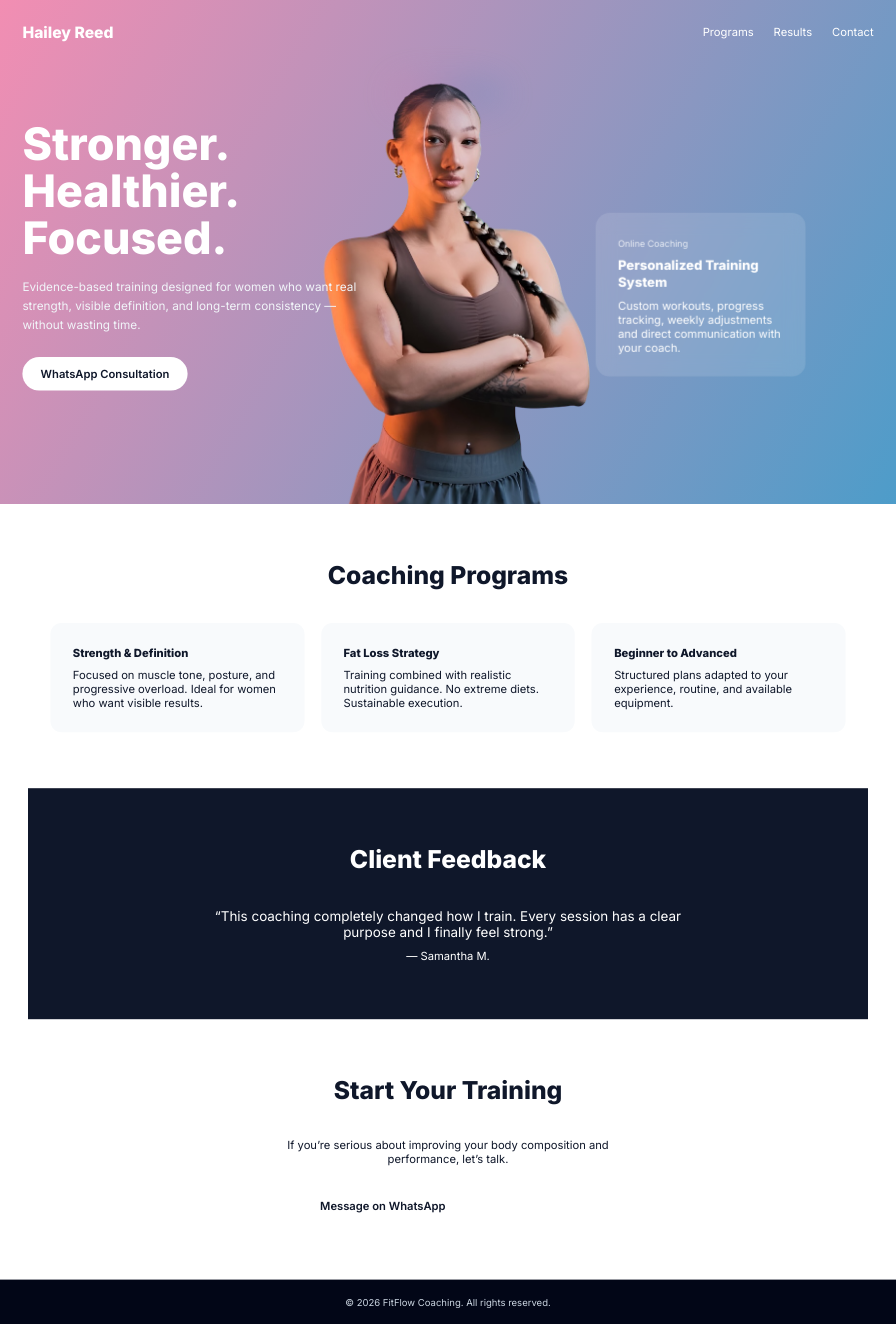
Repository: davidfsillva/Hailey-Reed-Coaching
Page: index.html
The author's editor kept a copy of each file at every save. The page is drawn from the files as they stood at one save, then again after a run of saves.
The browser window is 1280 px wide. The pictures show the whole page, at 70% of full size.

Above is the page before, as saved 2026-02-11 17:49:36.

After the next 2 saves:
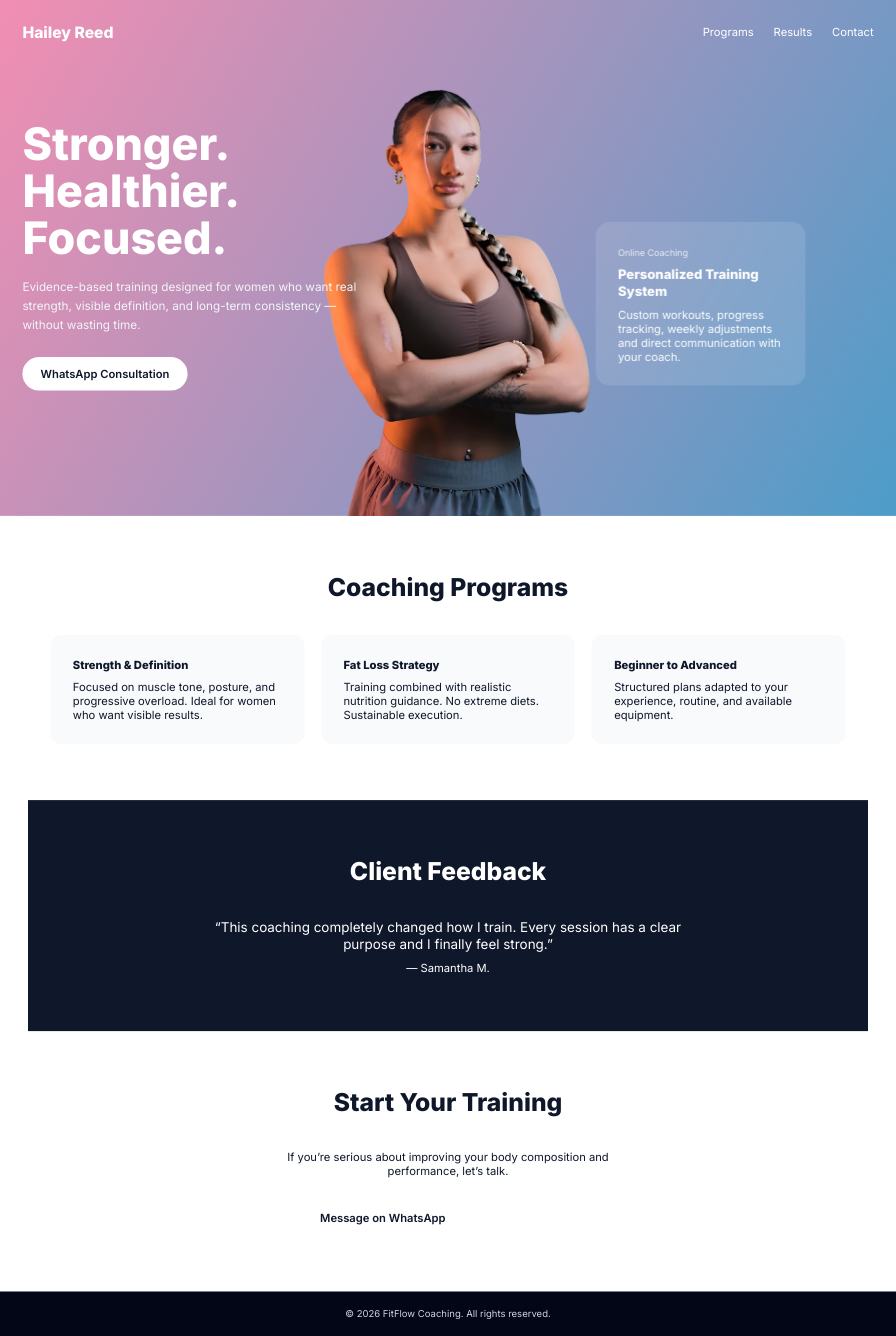
The 2 saves are shown as one change because they came seconds apart.
The last was saved 7 s later.
--- a/style.css
+++ b/style.css
@@ -109,11 +109,11 @@
   opacity: 0.7;
   z-index: 0;
 
-  .cta-group {
+
   position: relative;
   display: inline-block; /* importante */
 }
-}
+
 
 .hero-text h2 {
   font-size: clamp(2.8rem, 5vw, 4.2rem);

After the save that followed:
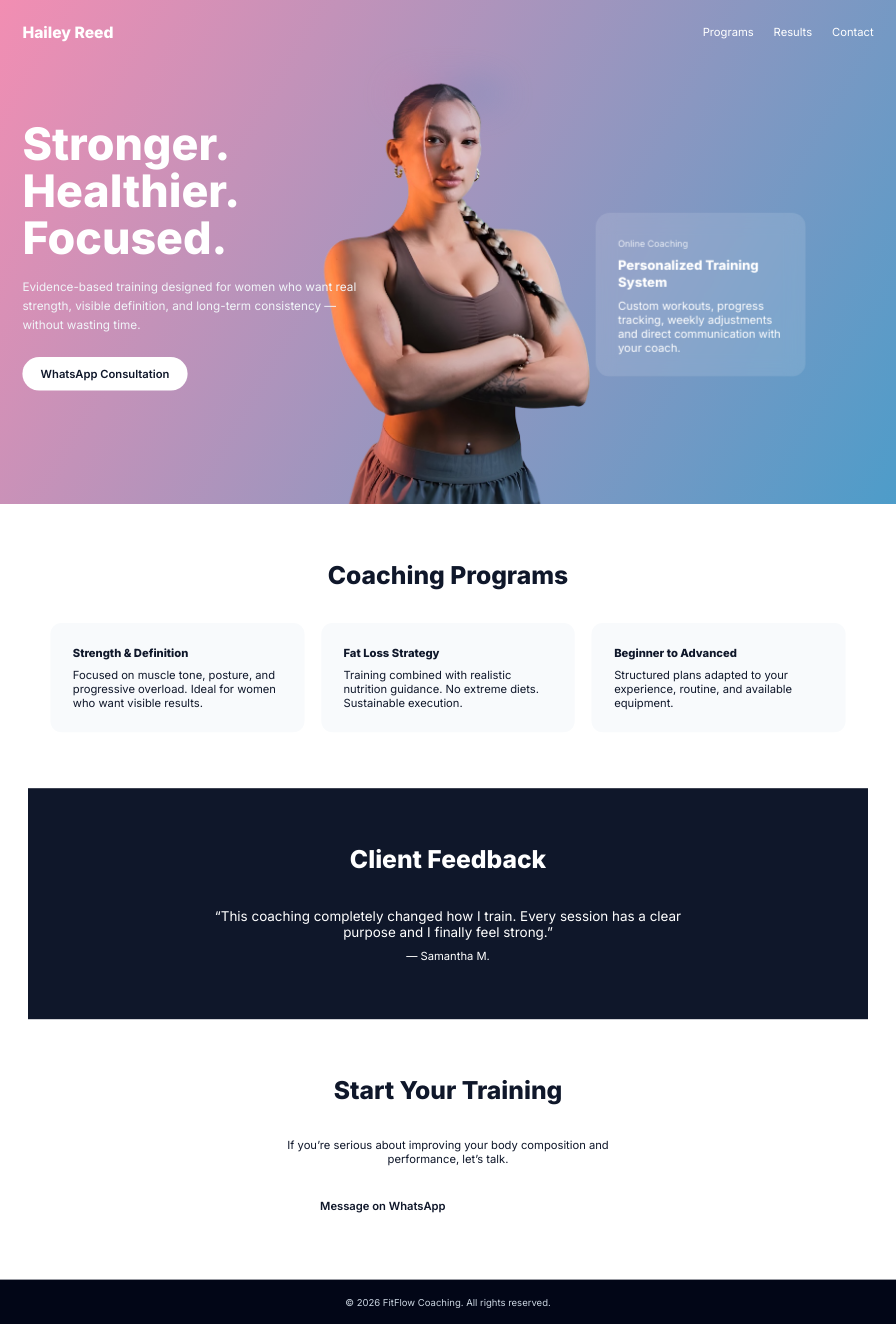
Saved 10 s later.
--- a/style.css
+++ b/style.css
@@ -109,9 +109,6 @@
   opacity: 0.7;
   z-index: 0;
 
-
-  position: relative;
-  display: inline-block; /* importante */
 }
 
 
